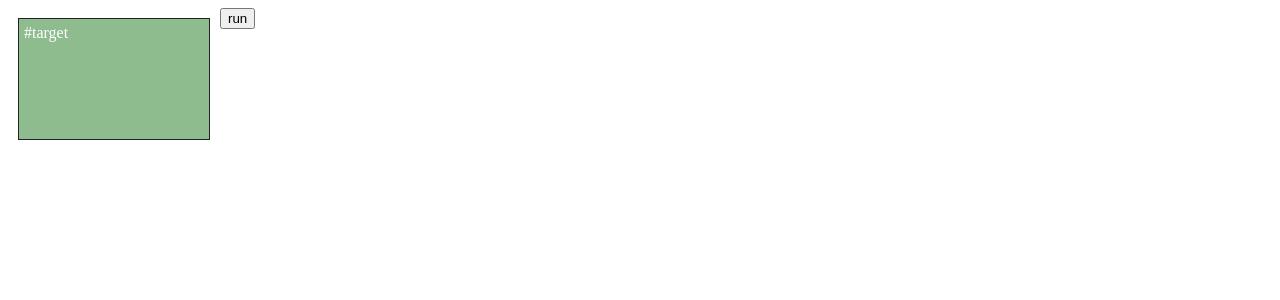
Repository: silenttemplar/java_start_project
Page: hansung_ee_2014/hansung_jquery_exercise/WebContent/14. Animate.html
An editor plug-in stored every save of this project. The page is shown before and after the next save, followed by the edit.
The browser window is 1280 px wide. The pictures show the whole page.
After loading, the first visible `input` was clicked once.

Above is the page before, as saved 2014-08-27 08:34:10.

### hansung_ee_2014/hansung_jquery_exercise/WebContent/14. Animate.html
<html>
<head>
<title>Animate</title>
<script src="./jquery-2.1.0.min.js"></script>
<script type="text/javascript">
	/**
	 * 대상 : div
	 * 기능 : div 크기 변경 (애니메이션 효과)
	 * 함수 : animate(), width(), height()
	 */
	function run() {
		 $("#target").animate({
									 "width":$("#target").width()*1.2
		 											},1000)
		 						.animate({
		 							"height":$("#target").height()*1.2
									},1000);

	}
</script>

</head>

<body>
	<div id="target"
		style="color: rgb(255, 255, 255); width: 150px; height: 100px; float: left; border: 1px solid rgb(34, 34, 34); background-color: rgb(143, 188, 143); margin: 10px; padding: 5px; background-position: initial initial; background-repeat: initial initial;">
		#target<br>
	</div>
	<input type="button" value="run" onclick="run()" />
</body>
</html>

Loaded but not shown: hansung_ee_2014/hansung_jquery_exercise/WebContent/jquery-2.1.0.min.js (library)

After the next save:
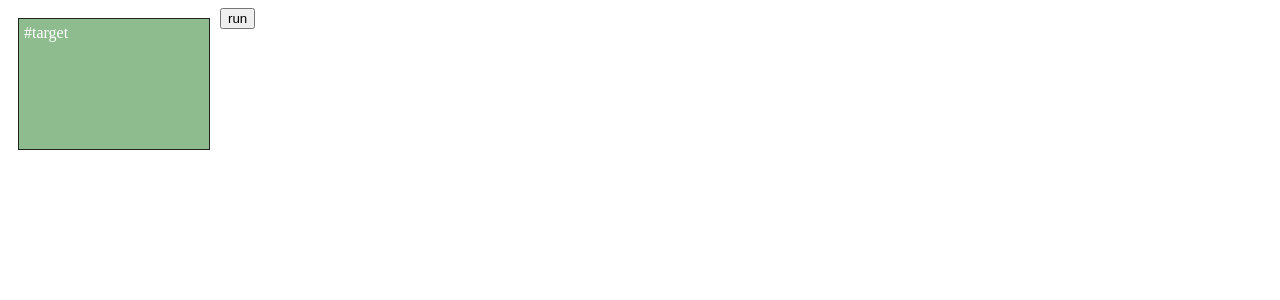
Saved 12 s later.
--- a/hansung_ee_2014/hansung_jquery_exercise/WebContent/14. Animate.html
+++ b/hansung_ee_2014/hansung_jquery_exercise/WebContent/14. Animate.html
@@ -11,10 +11,10 @@
 	function run() {
 		 $("#target").animate({
 									 "width":$("#target").width()*1.2
-		 											},1000)
+		 											},500)
 		 						.animate({
 		 							"height":$("#target").height()*1.2
-									},1000);
+									},500);
 
 	}
 </script>
